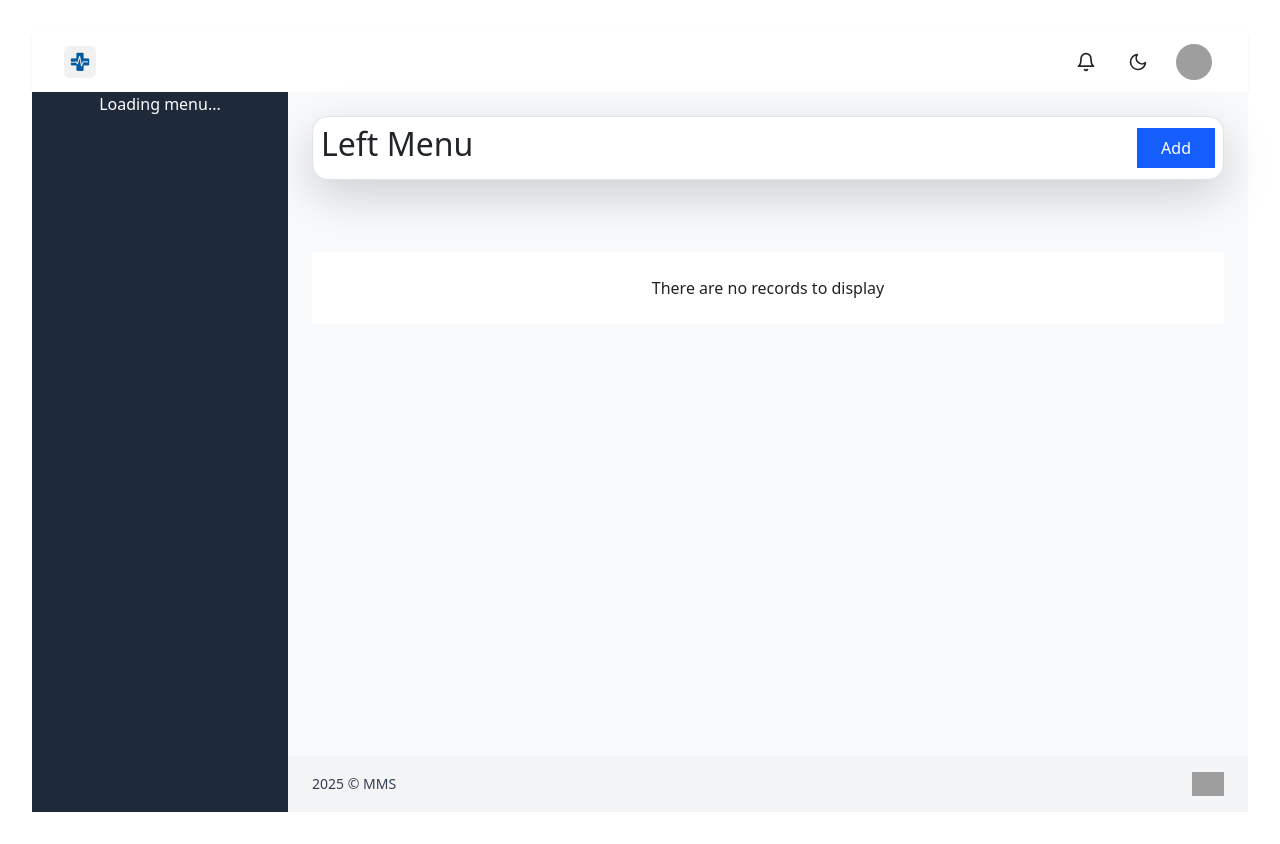
Repository: Giri1103r/Medical_Management_System
Page: /leftmenu (app in my-app/)
The author's editor kept a copy of each file at every save. The page is drawn from the files as they stood at one save, then again after the next save.
The browser window is 1280 px wide. The pictures show the whole page.
Pictures or frames that could not be fetched are drawn as grey boxes. The page's requests for data from a server got no answer. The project was rebuilt for these pictures with package versions that can differ from the ones it lists, and the page was loaded fresh each time. Some packages were replaced by stand-ins written for this rebuild. No one was signed in, and anything a server would have sent is missing. Also part of the build but not shown: my-app/vite.config.js, my-app/src/Register.jsx, my-app/src/Home.jsx, my-app/src/Login.jsx, my-app/src/layouts/Partial/side_bar.jsx, my-app/src/Dashboard.jsx, my-app/src/api.jsx, my-app/src/Profile.jsx and 5 more.

Above is the page before, as saved 2025-09-30 17:05:55.

After the next save:
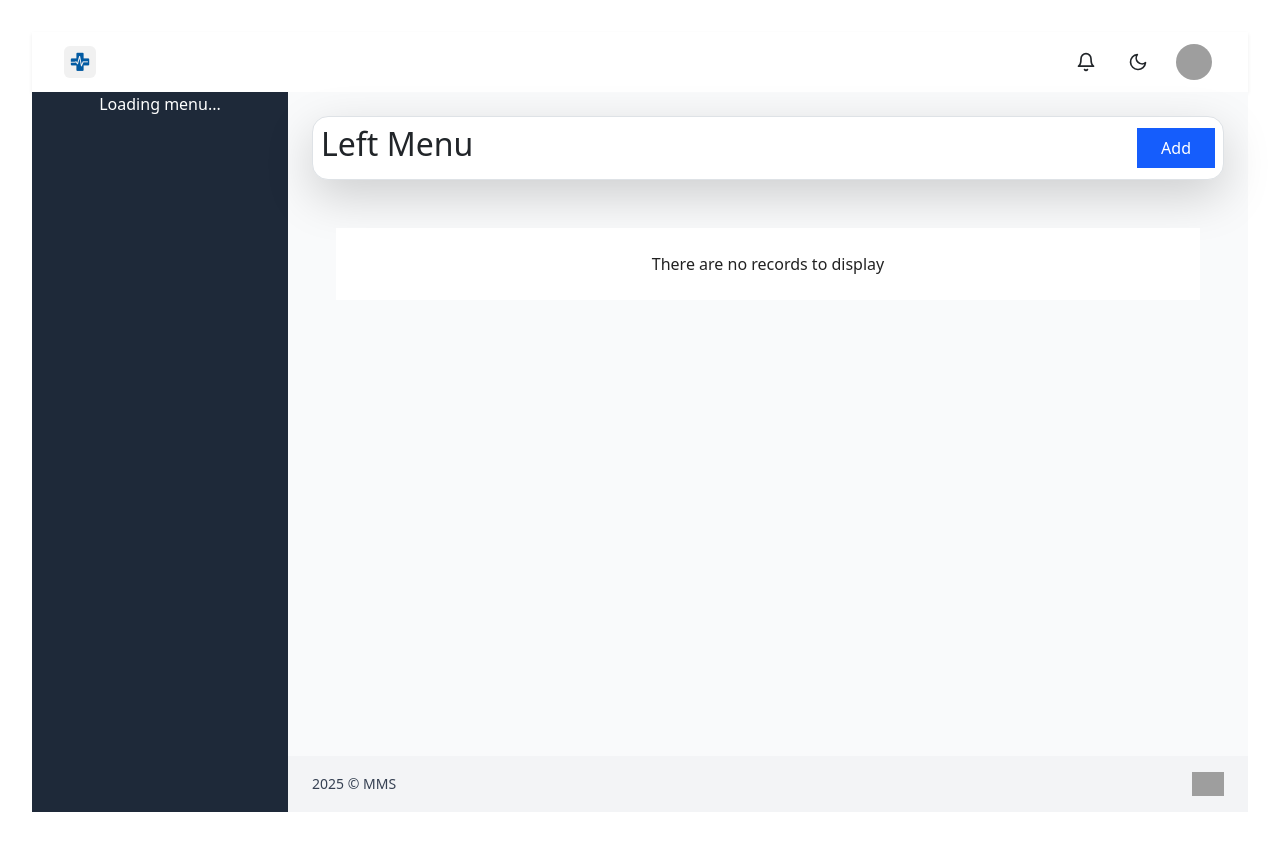
Saved 6 s later.
--- a/my-app/src/admin/leftmenu/LeftmenuList.jsx
+++ b/my-app/src/admin/leftmenu/LeftmenuList.jsx
@@ -44,17 +44,17 @@ const LeftmenuList = () => {
             </div>
 
             <div className="p-6">
-
+                <DataTable
+                    columns={columns}
+                    pagination
+                    highlightOnHover
+                    pointerOnHover
+                    striped
+                    responsive
+                />
             </div>
 
-            <DataTable
-                columns={columns}
-                pagination
-                highlightOnHover
-                pointerOnHover
-                striped
-                responsive
-            />
+
         </AdminLayout>
     );
 
